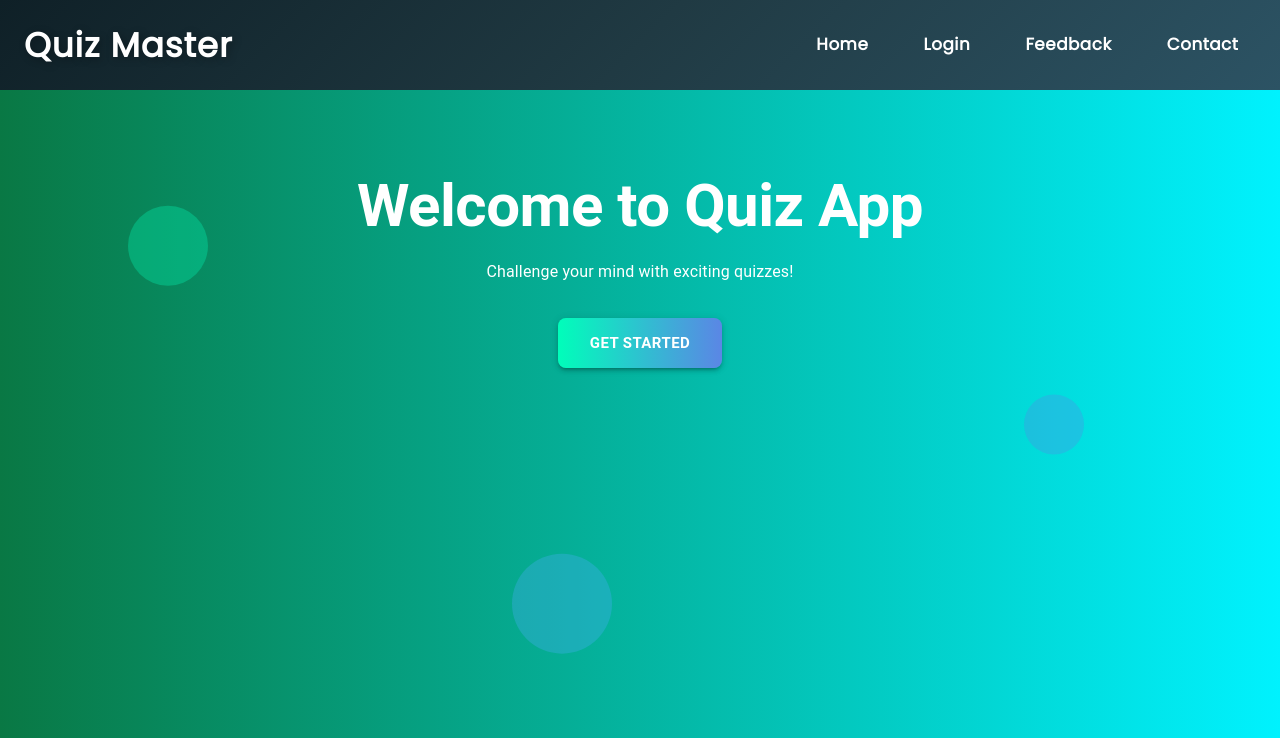
Repository: lalit9168/quizApp
Page: /quiz (app in frontend/)
These files come from the project's save history. The page is drawn as it stood at one moment and after the next save; the edit follows.
The browser window is 1280 px wide. The pictures show the whole page.
The project was rebuilt for these pictures with package versions that can differ from the ones it lists, and the page was loaded fresh each time. Also part of the build but not shown: frontend/vite.config.js, frontend/src/index.css, frontend/src/Components/Login/Login.jsx, frontend/src/Components/Home/Home.jsx, frontend/src/Components/api.js, frontend/src/Components/Quiz/QuizPage.jsx, frontend/src/Components/Quiz/QuizDash.jsx, frontend/src/Components/Quiz/AttemptQuiz.jsx and 6 more.

Above is the page before, as saved 2025-06-09 10:52:11.

After the next save:
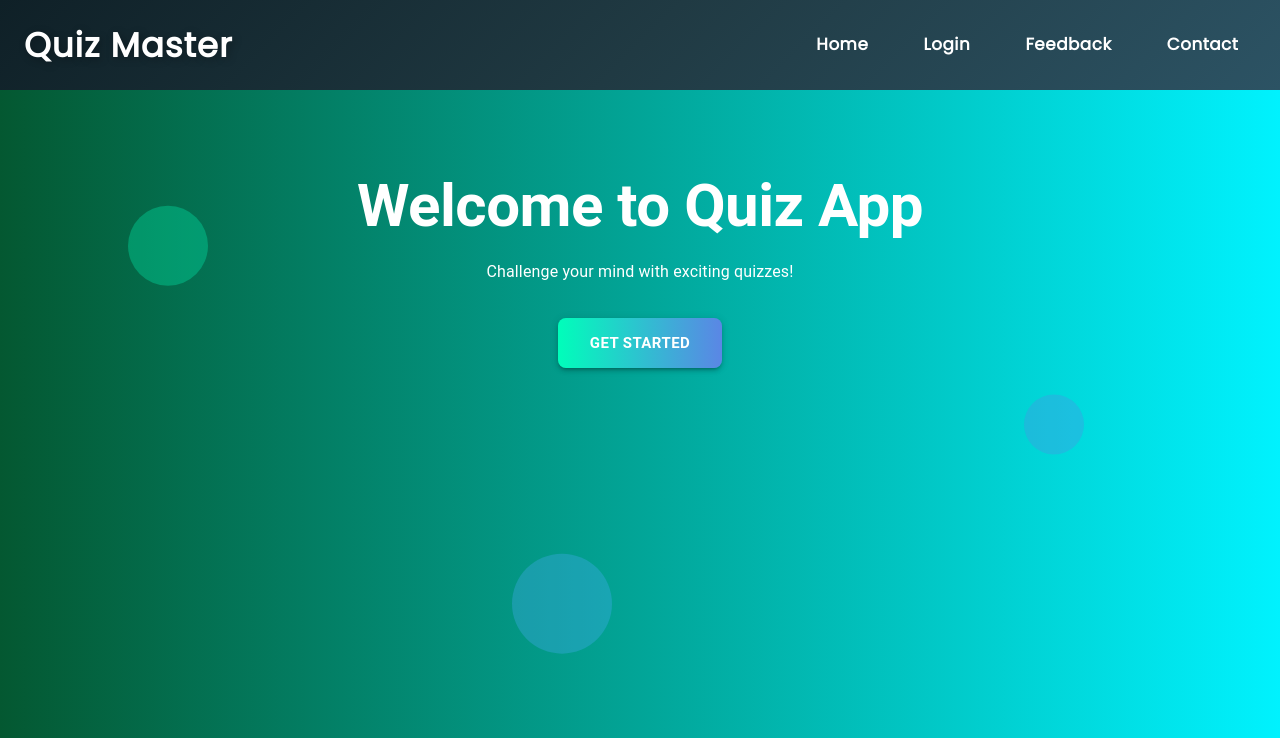
Saved 5 s later.
--- a/frontend/src/Components/LandingPage/Hero.jsx
+++ b/frontend/src/Components/LandingPage/Hero.jsx
@@ -18,7 +18,7 @@ const Hero = () => {
           px: 2,
           py: 10,
           textAlign: "center",
-          background: "linear-gradient(to right,rgb(9, 120, 68), #00f2fe)",
+          background: "linear-gradient(to right,rgb(4, 88, 49), #00f2fe)",
           color: "#fff",
           overflow: "hidden",
         }}
